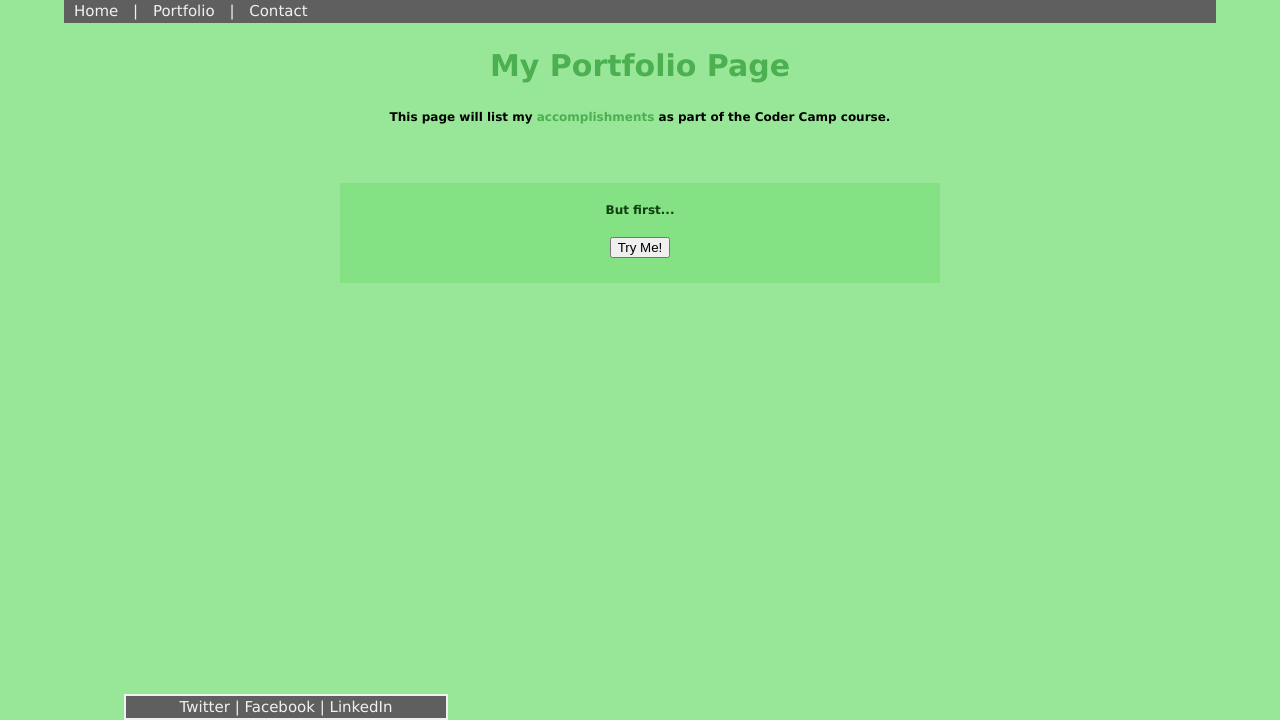
Repository: ischicagoisnotchicago/is-chicago
Page: http://localhost/CC_Personal_Website/portfolio.html
The author's editor kept a copy of each file at every save. The page is drawn from the files as they stood at one save, then again after the next save.
The browser window is 1280 px wide. The pictures show the whole page.
The page is served by Tomcat 9.

Above is the page before, as saved 2017-05-25 23:13:07.

### CC Personal Website/WebContent/portfolio.html
<!DOCTYPE html>
<html>

<head>
<title>David Turner | Portfolio</title>
<link rel="stylesheet" type="text/css" href="style.css">
</head>

<body>
	<!-- Navigation Bar -->
	<nav>
		<a href="index.html">Home </a> | <a href="portfolio.html">Portfolio
		</a> | <a href="contact.html">Contact</a>
	</nav>

	<!-- Header -->
	<header>
		<h1>My Portfolio Page</h1>
		<h4>
			This page will list my <strong>accomplishments</strong> as part of
			the Coder Camp course.
		</h4>
	</header>

	<div id="portfolio">
	<div id="reserved">
		<br>But first...
		<br><br><button onclick="showFeature()" name="button">Try Me!</button></div>
	</div>

	<!-- Footer -->
	<footer>
		<a href="https://twitter.com/theagnessilient">Twitter</a> | <a
			href="https://www.facebook.com/profile.php?id=100004606000131"
		>Facebook</a> | <a href="https://www.linkedin.com/in/davidaturner19/">LinkedIn</a>
	</footer>

	<script src="script.js"></script>
</body>
</html>

### CC Personal Website/WebContent/style.css
/* Required! A background color */
/* Required! Change the font to a different Font-Family */
/* Required! Center all content on Home and Contact pages */
/* Tip! Changing body{height: 100%} will extend the page height making it easier to position content more accurately! */
body {
	font-family: Verdana,sans-serif;
    font-size: 15px;
    line-height: 1.5;
    height: 100%;
    width: 90%;
    background-color: #98e698;
    margin: 0 auto;
    text-align: center;
}

body#contact {
	font-family: "Comic Sans MS", cursive, sans-serif;
    font-size: 15px;
    line-height: 1.5;
    height: 100%;
    width: 90%;
	background-color: #ffe033;
	text-align: center;
}

header {
	height: 140px;
}

section {
	display: block;
	padding: 0 0 40px 0;
}

a {
	text-decoration: none;
}

/* Required! A style navbar */
nav {
	font-family: Verdana,sans-serif;
	color: #f1f1f1;
	background-color: #5f5f5f;
	text-align: left;
}

nav a {
	padding: 12px 10px;
}

a:link,
a:visited {
	color: #f1f1f1;
}

/* Required! Style links so when you hover the link, a different color is displayed */
a:hover {
    color: #4CAF50;
    background-color: black;
}

a:active {
    color: #f1f1f1;
}

h1, strong {
	color: #4CAF50;
}

h4 {
	font-size: .8em;
}

p {
	text-align: justify;
	text-indent: 15px;
}

dl {
	height: 380px;
}

dt {
	color: #ccad00;
	font-size: 1.4em;
	text-shadow: 2px 2px 5px white;
	text-align: left;
	border-left: 8px solid #ffdd1a;
	border-bottom: 1px solid #ffdd1a;
}

dd {
	text-align: right;
	font-style: italic;
	font-size: 0.9em;
	color: #0f3e0f;
}

#portfolio {
	height: 410px;
	width: 600px;
	margin: 0 auto 0 auto;
}

#accomplish {
	height: 400px;
}

#showtime {
	position: absolute;
	top: 180px;
	height: 220px;
	width: 600px;
	color: #0f3e0f;
	background-color: #84e184;
}

#reserved {
	height: 100px;
	font-weight: bold;
	font-size: 0.8em;
	color: #0f3e0f;
	background-color: #84e184;
}

#txtresults {
	height: 120px;
	color: #0f3e0f;
	padding: 20px 0 0 0;
	background-color: #84e184;
	border: 2px solid #ffdd1a;
}

.centerimg {
	height: 382px;
	width: 382px;
	margin: 25px auto 30px auto;
}

.itright {
	text-align: right;
	font-style: italic;
	color: #0f3e0f;
	padding-top: 50px;
}

.ftprompt {
    display: block;
    height: 25px;
    padding: 25px;
}

.fprompt {
	float: left;
	margin-left: 50px;
}

.tprompt {
	float: right;
	margin-right: 40px;
}

/* Required! The Contact should have a different color background and a set width of 25% */
.formtbl {
  height: 350px;
  width: 700px;
  margin: 0 auto 0 auto;
  padding: 10px 30px 0 30px;
}

.formside {
	width: 25%;
	float: left;
	background-color: #5f5f5f;
	padding: 10px;
	border: 5px double #0f3e0f;
	margin-left: 10px;
}

.formside input, .formside textarea {
	padding: 2px 0;
	background-color: #b8dc6f;
}

.formside button {
	margin: 0 60px;
	box-shadow: 2px 2px 2px #888888;
}

/* Required! The table needs to have a border and a background color. */
.tableside {
	float : right;
	width: 175px;
	height: 157px;
	color: #f1f1f1;
	padding: 10px;
	background-color: #5f5f5f;
    border: 5px double #0f3e0f;
    margin-right: 10px;
}

.tableside td {
	background-color: #5f5f5f;
	height: 20px;
	border: 5px double #0f3e0f;
	padding: 9px 40px;
}

/* Required! The mailto: with your email should be positioned in the bottom left corner with a border and background color */
.stuckleft {
	display: block;
	position: fixed;
	bottom: 0;
	left: 0;
	width: 97%;
	text-align: left;
	background-color: #5f5f5f;
	border-left: 5px double #f1f1f1;
	border-bottom: 1px solid #f1f1f1;
	border-right: 8px solid #f1f1f1;
}

/* Required! Footer needs to be stuck to the bottom of the page. */
footer {
  position: fixed;
  bottom: 0;
  width: 25%;
  color: #f1f1f1;
  margin: 0 20px 0 60px;
  background-color: #5f5f5f;
  border: 2px solid #f1f1f1;
}

### CC Personal Website/WebContent/script.js
// Expand punctuation as needed.
var Punctuation = {

  COMMA : ',',
  SPACE : ' ',
  PERIOD : '.',
  QUEST : '?',
  EXC : '!'
}

// Object with report stats to be used in html.
var reportMy = {
  text : "",
  numOfWords : 0,
  numOfSents : 0,
  numOfSpaces : 0,
  aveWordsPerSent : 0
}

// Array objects listing my accomplishments.
var accomplishMy = [
    {
      dt : "Personal Website",
      dd : "This is my first Website created for Coding from Scratch using HTML5 and CSS."
    }, {
      dt : "Portfolio Examples",
      dd : "Simple exercises showing my use of HTML, CSS and Javascript."
    }
];

// Generate reports to entered text.
function reportStats() {

  // Set initial.
  var wordStarted = false;

  // Get text from element with id value.
  reportMy.text = document.getElementById("sample").value;

  // Through the entire text length, check char. Update stats as appropriately.
  for ( i = 0; i < reportMy.text.length; i++) {

    switch ( reportMy.text[i]) {

      // If PERIOD, QUESTION, EXCLAMATIONPT, update number of sentences.
      case Punctuation.PERIOD:
      case Punctuation.QUEST:
      case Punctuation.EXC:
        if ( wordStarted === true) {
          reportMy.numOfSents++;
        }
        // break;

        // If either or COMMA, update number of words,
      case Punctuation.COMMA:
        if ( wordStarted === true) {
          reportMy.numOfWords++;
          wordStarted = false;
        }
        break;

      // If COMMA, update number of spaces.
      case Punctuation.SPACE:
        reportMy.numOfSpaces++;
        if ( wordStarted === true) {
          reportMy.numOfWords++;
          wordStarted = false;
        }
        break;

      // Assumes otherwise we are char in a word.
      default: {
        if ( wordStarted === false) {
          wordStarted = true;
        }
      }
    }
  }

  // Once text length has been reached, update average words per sentence.
  reportMy.aveWordsPerSent = parseInt(reportMy.numOfWords / reportMy.numOfSents);

  // Return reportMy object.
  return reportMy;
}

// Create a portfolio report of accomplishments.
function portlist() {

  var port = document.getElementById("portfolio");
  var showt = document.getElementById("showtime");
  port.removeChild(showt);
  var div = appendElementChild("div", port, "accomplish");
  var dl = appendElementChild("dl", div);

  // Build accomplishment listing.
  if ( accomplishMy !== null) {
    var i = 0;
    do {

      var dt = appendElementChild("dt", dl);
      dt.innerHTML = accomplishMy[i].dt;
      var dd = appendElementChild("dd", dl);
      dd.innerHTML = accomplishMy[i].dd;
      appendBreakChild(2, dl);
      i++;

    } while ( i < accomplishMy.length);

  }

  return true;
}

// Create a page with the textreader exercise.
function textreader() {

  // Replace "reserved" report with feature exercise.
  var port = document.getElementById("portfolio");
  var reserved = document.getElementById("reserved");
  port.removeChild(reserved);
  var div = appendElementChild("div", port, "showtime");
  var prompt1 = "First, a simple exercise. Type complete sentences "
      + "in the text area provided then press SUBMIT. I will report "
      + "statistics related to your submission. Cool? ";
  appendTextChild(prompt1, div, "h4");
  var prompt2 = "Text Reader and Statistics";
  var txta = appendElementChild("textarea", div, "sample");
  txta.setAttribute("name", "textReader");
  txta.setAttribute("rows", "5");
  txta.setAttribute("cols", "30");
  appendBreakChild(2, div);

  // Create button to move to next results page.
  var button1 = appendElementChild("button", div, "button1id");
  button1.innerHTML = "Submit";
  button1.setAttribute("name", "button1");
  button1.setAttribute("onClick", "txtrresults()");

  return true;
}

// Create a page of textreader results.
function txtrresults() {

  // First, run reportStats and generate the ReportMy stats to be used.
  reportStats();

  // Then setup report using ReportMy data.
  var prompt1 = "I detect you had entered " + reportMy.numOfSents
      + " sentence(s), consisting of " + reportMy.numOfWords + " words and "
      + reportMy.numOfSpaces
      + " spaces. The average words per sentence therefore is "
      + reportMy.aveWordsPerSent + ". Thanks for playing!";
  var noenter = "I detect you have not entered words in the text area. Ok then.";

  // Create noenter if no words detected in text area.
  if ( reportMy.numOfWords === 0) {
    prompt1 = noenter;
  }

  // If word are detected, create page report.
  var showt = document.getElementById("showtime");
  var button1 = document.getElementById("button1id");
  showt.removeChild(button1);

  var port = document.getElementById("portfolio");
  var div = appendElementChild("div", showt, "txtresults");
  appendTextChild(prompt1, div, "h4");

  var button2 = appendElementChild("button", div, "button2id");
  button2.innerHTML = "Done!";
  button2.setAttribute("name", "button2");
  button2.setAttribute("onClick", "portlist()");
  return;
}

// Replace with whatever exercise you want to display. For now, TextReader().
function showFeature() {

  textreader();
}

// Append text as a child node (w element).
function appendTextChild(text, node, element, idname) {

  // Check input.
  if ( text === undefined || text === null || node === undefined
      || node === null || element === undefined || element === null) {
    return null;
  }

  // Create styled text node.
  var txt = document.createTextNode(text);
  var el = _createel(element, idname);
  el.appendChild(txt);
  node.appendChild(el);

  return el;
}

// Append xtimes of break(s) as child node(s) to node.
function appendBreakChild(xtimes, node) {

  // Check input.
  if ( xtimes === undefined || xtimes === null || node === undefined
      || node === null) {
    return null;
  }

  var i = 0;
  // Create xtimes number of breaks.
  do {

    node.appendChild(document.createElement("br"));
    i++;

  } while ( i < xtimes);

  return true;
}

// Create child node of element with optional idname. You need idname if you
// want to remove later.
function appendElementChild(element, node, idname) {

  if ( element === undefined || element === null || node === undefined
      || node === null) {
    return null;
  }

  var el = _createel(element, idname);
  node.appendChild(el);

  return el;
}

function _createel(element, idname) {

  // Check input.
  if ( element === null) {
    return;
  }

  // Create element with optional id.
  var el = document.createElement(element);
  if ( idname !== undefined && idname !== null) {

    el.setAttribute("id", idname);
  }

  return el;
}

After the next save:
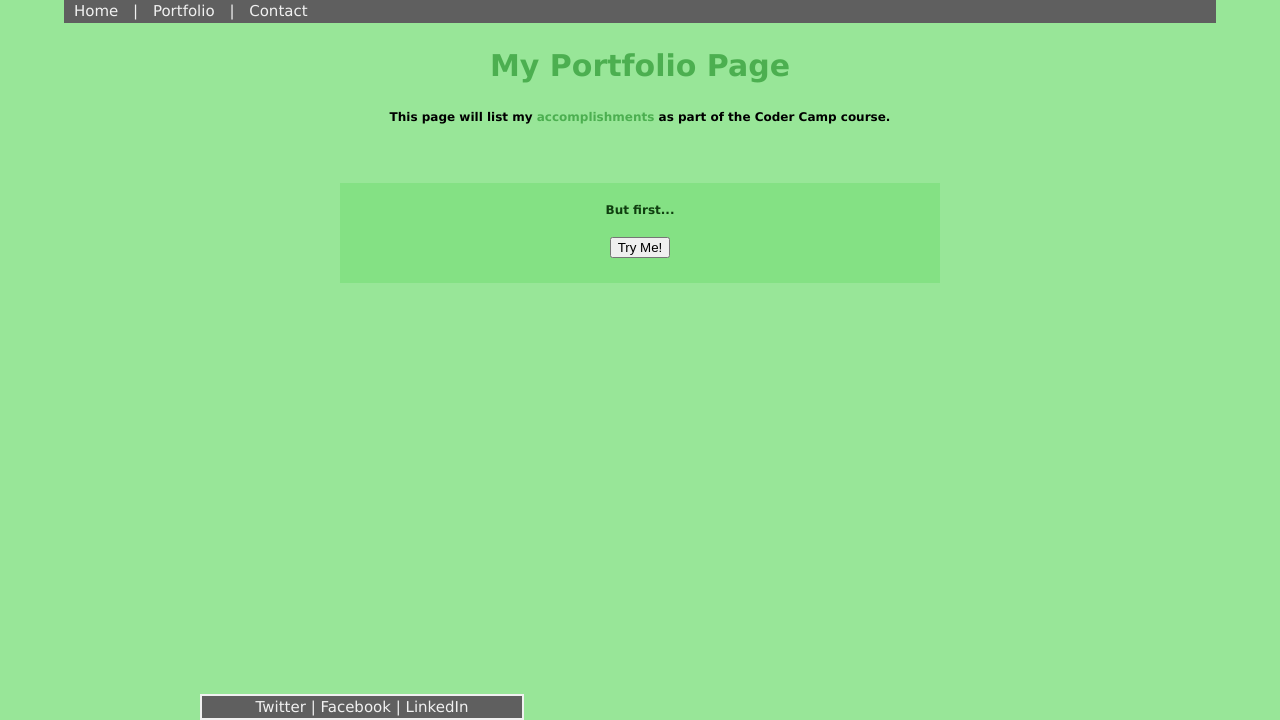
Saved 61 s later.
--- a/CC Personal Website/WebContent/style.css
+++ b/CC Personal Website/WebContent/style.css
@@ -223,10 +223,10 @@ dd {
 /* Required! Footer needs to be stuck to the bottom of the page. */
 footer {
   position: fixed;
+  left: 200px;
   bottom: 0;
   width: 25%;
   color: #f1f1f1;
-  margin: 0 20px 0 60px;
   background-color: #5f5f5f;
   border: 2px solid #f1f1f1;
 }
